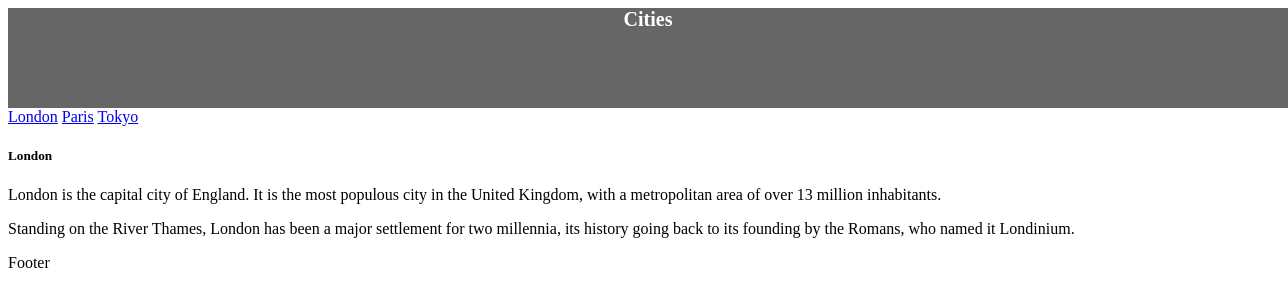
Repository: Tan-Khang21/TH_TKW--Buoi_06
Page: Bai_Tap_Tren_lop/Bai_01/LayoutCSS1.html
An editor plug-in stored every save of this project. The page is shown before and after the next save, followed by the edit.
The browser window is 1280 px wide. The page is 1288 px wide, then 1280 px, so the pictures cover 1288 px, including what lies to the right of the window. The pictures show the whole page.

Above is the page before, as saved 2024-03-11 19:43:25.

### Bai_Tap_Tren_lop/Bai_01/LayoutCSS1.html
<!DOCTYPE html>
<html lang="en">
  <head>
    <meta charset="UTF-8" />
    <meta name="viewport" content="width=device-width, initial-scale=1.0" />
    <title>Document</title>
    <link rel="stylesheet" href="style.css" />
  </head>
  <body>
    <div class="title">Cities</div>
    <nav class="navigation">
      <a href="#">London</a>
      <a href="#">Paris</a>
      <a href="#">Tokyo</a>
    </nav>
    <div class="Article">
      <h5>London</h5>
      <p>
        London is the capital city of England. It is the most populous city in
        the United Kingdom, with a metropolitan area of over 13 million
        inhabitants.
      </p>
      <p>
        Standing on the River Thames, London has been a major settlement for two
        millennia, its history going back to its founding by the Romans, who
        named it Londinium.
      </p>
    </div>
    <footer>Footer</footer>
  </body>
</html>

### Bai_Tap_Tren_lop/Bai_01/style.css
* {
  box-sizing: border-box;
}
body {
  width: 100%;
}
.title {
  height: 100px;
  background-color: #666666;
  text-align: center;
  color: white;
  font-size: 20px;
  font-weight: bold;
  margin: auto;
}

Loaded but not shown: Bai_Tap_Tren_lop/Bai_01/reset.css (common file)

After the next save:
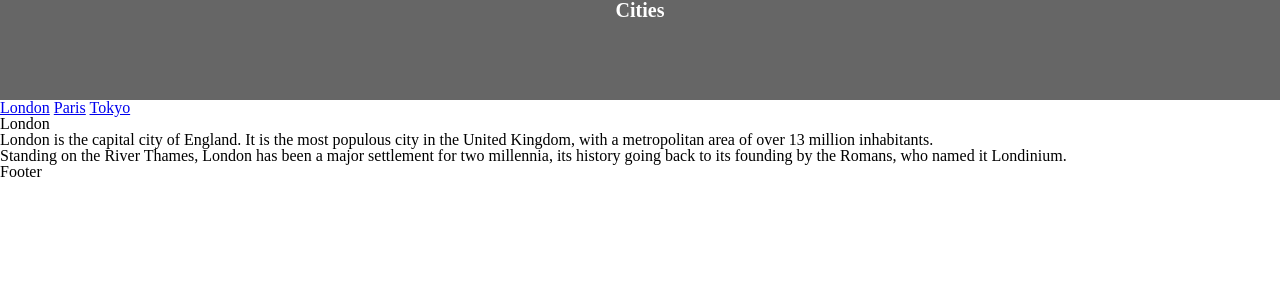
Saved 20 s later.
--- a/Bai_Tap_Tren_lop/Bai_01/LayoutCSS1.html
+++ b/Bai_Tap_Tren_lop/Bai_01/LayoutCSS1.html
@@ -5,6 +5,7 @@
     <meta name="viewport" content="width=device-width, initial-scale=1.0" />
     <title>Document</title>
     <link rel="stylesheet" href="style.css" />
+    <link rel="stylesheet" href="reset.css" />
   </head>
   <body>
     <div class="title">Cities</div>
